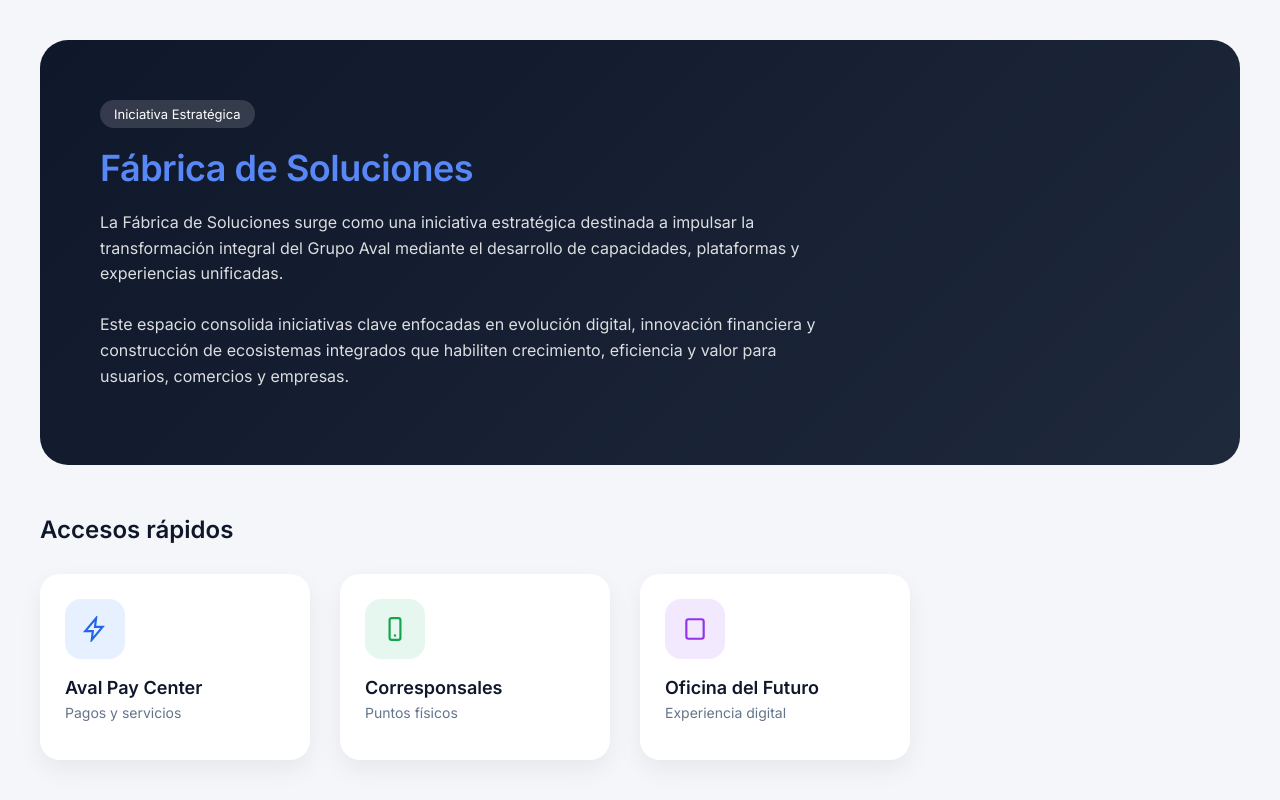
Repository: dalcava/Prototipos-Oficinas-del-futuro
Page: index.html
The author's editor kept a copy of each file at every save. The page is drawn from the files as they stood at one save, then again after the next save.
The browser window is 1280 px wide. The pictures show the whole page.

Above is the page before, as saved 2026-02-13 00:13:25.

### index.html
<!doctype html>
<html lang="es">
<head>
<meta charset="utf-8" />
<meta name="viewport" content="width=device-width, initial-scale=1" />
<title>Home</title>
<div class="hero">
  <div class="hero-badge">Iniciativa Estratégica</div>
  <h1>Fábrica de Soluciones</h1>
  <p>
    La Fábrica de Soluciones surge como una iniciativa estratégica destinada a impulsar
    la transformación integral del Grupo Aval mediante el desarrollo de capacidades,
    plataformas y experiencias unificadas.
    <br><br>
    Este espacio consolida iniciativas clave enfocadas en evolución digital, innovación
    financiera y construcción de ecosistemas integrados que habiliten crecimiento,
    eficiencia y valor para usuarios, comercios y empresas.
  </p>
</div>


<link href="https://fonts.googleapis.com/css2?family=Inter:wght@400;600&display=swap" rel="stylesheet">

<style>
  body {
    margin: 0;
    font-family: 'Inter', sans-serif;
    background: #f4f6f9;
    padding: 40px;
  }

  h2 {
    margin-bottom: 30px;
    color: #0f172a;
  }

  .hero {
    background: linear-gradient(135deg, #0f172a, #1e293b);
    color: white;
    padding: 60px;
    border-radius: 28px;
    margin-bottom: 50px;
    position: relative;
    overflow: hidden;
  }

  .hero h1 {
    margin: 0 0 20px 0;
    font-size: 36px;
    font-weight: 600;
    letter-spacing: -0.5px;
    color: #5888f7;
  }

  .hero p {
    max-width: 720px;
    font-size: 16px;
    line-height: 1.6;
    opacity: 0.85;
  }

  .hero-badge {
    display: inline-block;
    background: rgba(255,255,255,0.15);
    padding: 6px 14px;
    border-radius: 20px;
    font-size: 13px;
    margin-bottom: 18px;
  }


  .cards {
    display: flex;
    gap: 30px;
    flex-wrap: wrap;
  }

  .card {
    background: white;
    border-radius: 20px;
    padding: 25px;
    width: 220px;
    cursor: pointer;
    transition: all 0.25s ease;
    box-shadow: 0 10px 25px rgba(0, 0, 0, 0.06);
  }

  .card:hover {
    transform: translateY(-6px);
    box-shadow: 0 18px 35px rgba(0, 0, 0, 0.1);
  }

  .icon-box {
    width: 60px;
    height: 60px;
    border-radius: 16px;
    display: flex;
    align-items: center;
    justify-content: center;
    margin-bottom: 18px;
  }

  .icon-blue { background: #e7f0ff; }
  .icon-green { background: #e6f7ef; }
  .icon-purple { background: #f2e9ff; }

  .card h3 {
    margin: 0;
    font-size: 18px;
    font-weight: 600;
    color: #0f172a;
  }

  .card p {
    margin-top: 6px;
    font-size: 14px;
    color: #64748b;
  }

  svg {
    width: 26px;
    height: 26px;
  }

</style>
</head>

<body>

<h2>Accesos rápidos</h2>

<div class="cards">

  <!-- Aval Pay Center -->
  <div class="card" onclick="ir('aval-pay-center.html')">
    <div class="icon-box icon-blue">
      <!-- Icono rayo -->
      <svg fill="none" stroke="#2563eb" stroke-width="2" viewBox="0 0 24 24">
        <path d="M13 2L3 14h7l-1 8 10-12h-7l1-8z"/>
      </svg>
    </div>
    <h3>Aval Pay Center</h3>
    <p>Pagos y servicios</p>
  </div>

  <!-- Corresponsales -->
  <div class="card" onclick="ir('corresponsales.html')">
    <div class="icon-box icon-green">
      <!-- Icono móvil -->
      <svg fill="none" stroke="#16a34a" stroke-width="2" viewBox="0 0 24 24">
        <rect x="7" y="2" width="10" height="20" rx="2"/>
        <line x1="11" y1="18" x2="13" y2="18"/>
      </svg>
    </div>
    <h3>Corresponsales</h3>
    <p>Puntos físicos</p>
  </div>

  <!-- Oficina del Futuro -->
  <div class="card" onclick="ir('oficina-del-futuro.html')">
    <div class="icon-box icon-purple">
      <!-- Icono edificio -->
      <svg fill="none" stroke="#9333ea" stroke-width="2" viewBox="0 0 24 24">
        <rect x="4" y="3" width="16" height="18" rx="2"/>
        <line x1="8" y1="7" x2="8" y2="7"/>
        <line x1="12" y1="7" x2="12" y2="7"/>
        <line x1="16" y1="7" x2="16" y2="7"/>
      </svg>
    </div>
    <h3>Oficina del Futuro</h3>
    <p>Experiencia digital</p>
  </div>

</div>

<script>
  function ir(pagina) {
    window.location.href = pagina;
  }
</script>

</body>
</html>

After the next save:
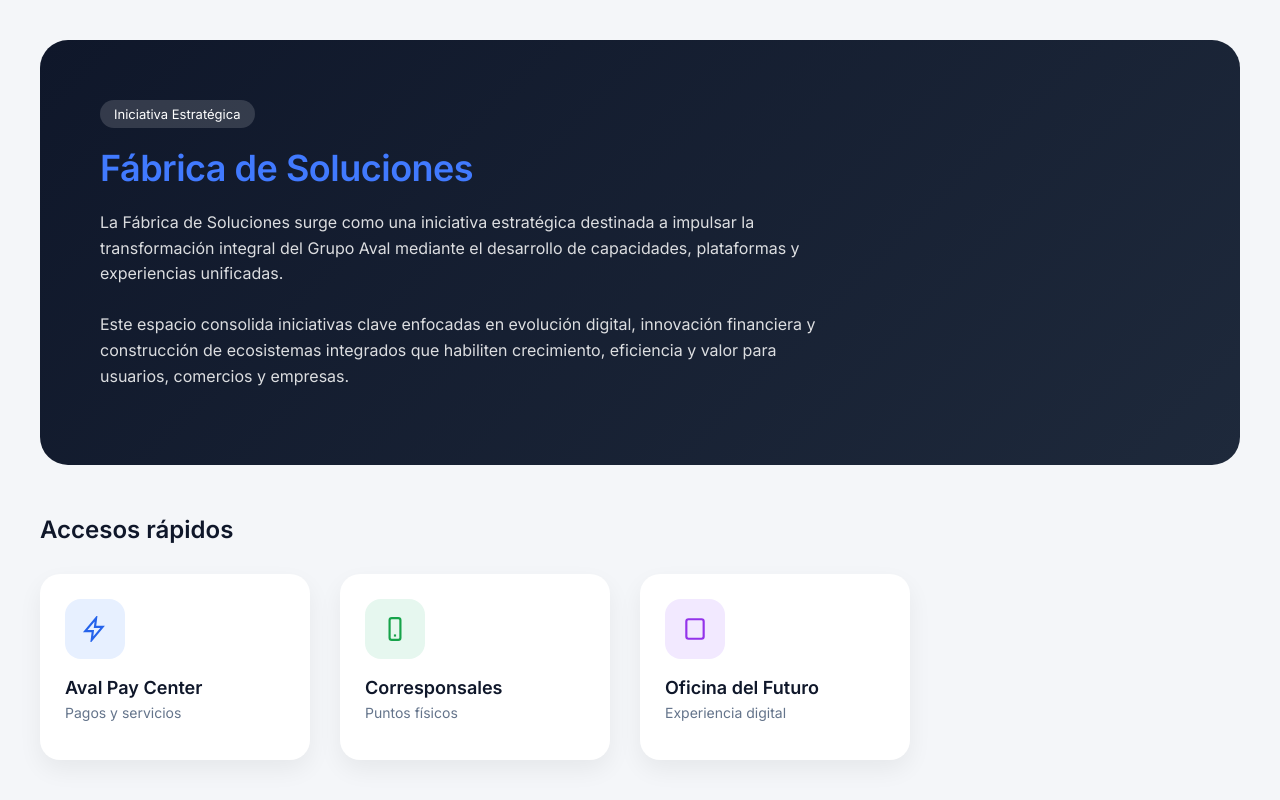
Saved 5 s later.
--- a/index.html
+++ b/index.html
@@ -49,7 +49,7 @@
     font-size: 36px;
     font-weight: 600;
     letter-spacing: -0.5px;
-    color: #5888f7;
+    color: #417aff;
   }
 
   .hero p {
